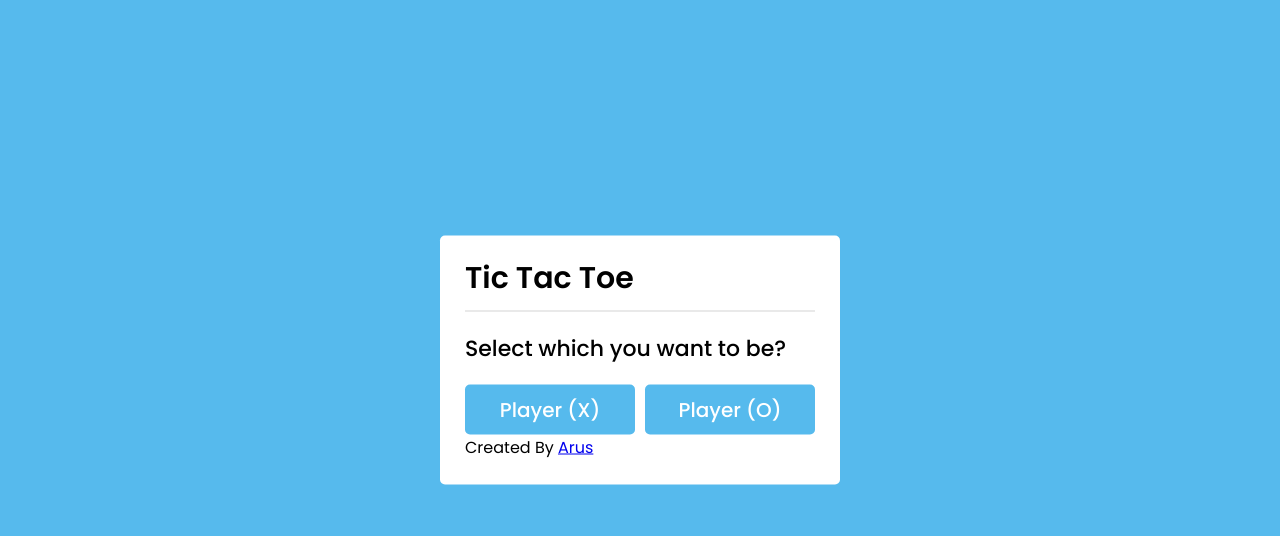
Repository: LusyaPetrosyan/Tic-Tac-Toe
Page: index.html
These files come from the project's save history. The page is drawn as it stood at one moment and after the next save; the edit follows.
The browser window is 1280 px wide. The pictures show the whole page.

Above is the page before, as saved 2022-02-07 02:53:13.

After the next save:
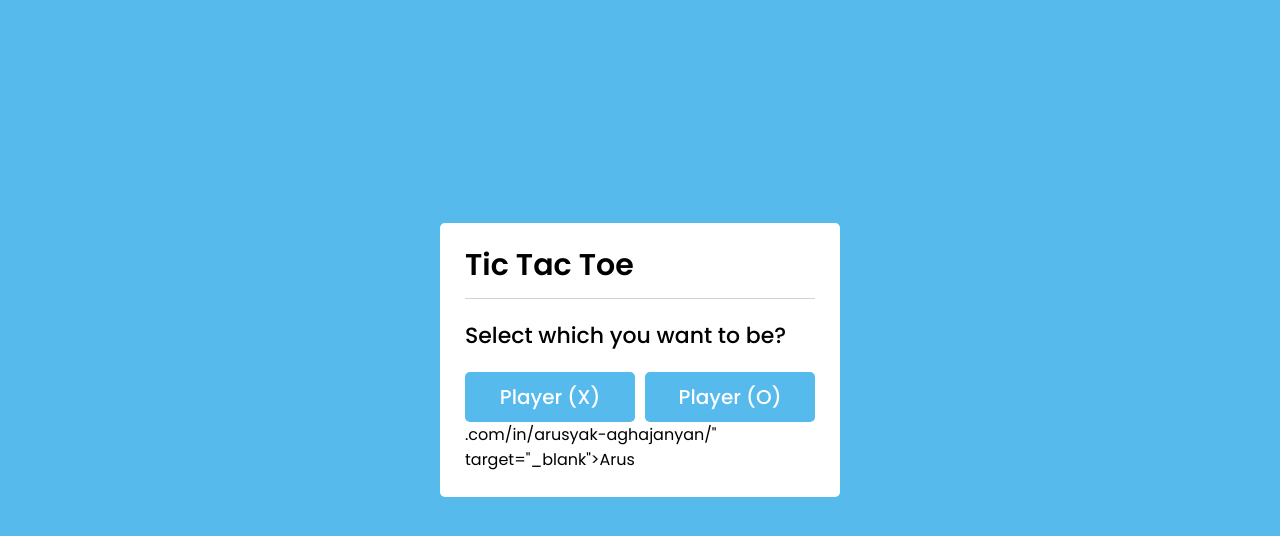
Saved 7 s later.
--- a/index.html
+++ b/index.html
@@ -18,7 +18,7 @@
         <button class="playerX">Player (X)</button>
         <button class="playerO">Player (O)</button>
       </div>
-      <lass="credit">Created By <a href="https://www.linkedin.com/in/arusyak-aghajanyan/" target="_blank">Arus</a></div>
+      .com/in/arusyak-aghajanyan/" target="_blank">Arus</a></div>
     </div>
   </div>
   <!-- playboard section -->
